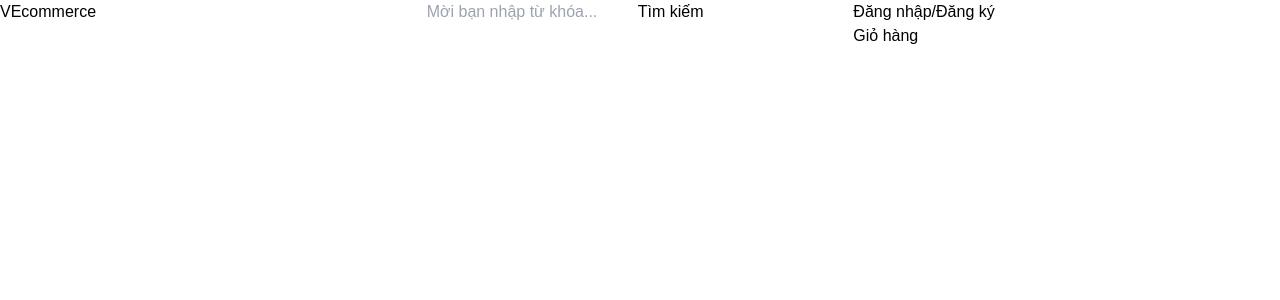
Repository: thienthanhvinh/VEcommerce
Page: public/home.html
The author's editor kept a copy of each file at every save. The page is drawn from the files as they stood at one save, then again after the next save.
The browser window is 1280 px wide. The pictures show the whole page.

Above is the page before, as saved 2022-11-18 12:47:49.

### public/home.html
<!DOCTYPE html>
<html lang="en">
  <head>
    <meta charset="UTF-8" />
    <meta http-equiv="X-UA-Compatible" content="IE=edge" />
    <meta name="viewport" content="width=device-width, initial-scale=1.0" />
    <title>VEcommerce</title>
    <link rel="stylesheet" href="./css/tailwind.css" />
    <link rel="preconnect" href="https://fonts.googleapis.com" />
    <link rel="preconnect" href="https://fonts.gstatic.com" crossorigin />
    <link
      href="https://fonts.googleapis.com/css2?family=Poppins:wght@300;400;500;600;700&display=swap"
      rel="stylesheet"
    />
  </head>
  <body>
    <div class="grid grid-cols-3 px-20 py-10">
      <div>
        <h3>VEcommerce</h3>
      </div>
      <div>
        <input
          type="search"
          id=""
          name=""
          placeholder="Mời bạn nhập từ khóa..."
        />
        <a href="">Tìm kiếm</a>
      </div>

      <div>
        <div class="inline-block">
            <ion-icon name="person-outline"></ion-icon>
            <p>Đăng nhập/Đăng ký</p>
        </div>

        <div>
            <ion-icon name="cart-outline"></ion-icon>
            <p>Giỏ hàng</p>
      </div>
    </div>
  </body>
</html>

Loaded but not shown: public/css/tailwind.css (library)

After the next save:
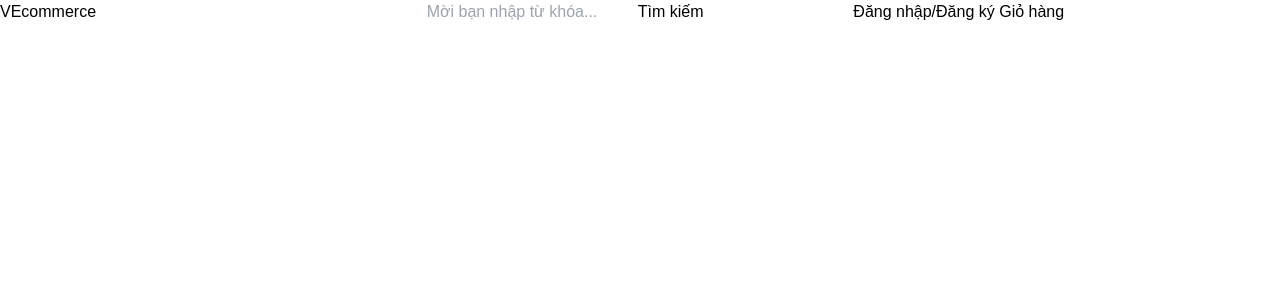
Saved 5 s later.
--- a/public/home.html
+++ b/public/home.html
@@ -34,7 +34,7 @@
             <p>Đăng nhập/Đăng ký</p>
         </div>
 
-        <div>
+        <div class="inline-block">
             <ion-icon name="cart-outline"></ion-icon>
             <p>Giỏ hàng</p>
       </div>
